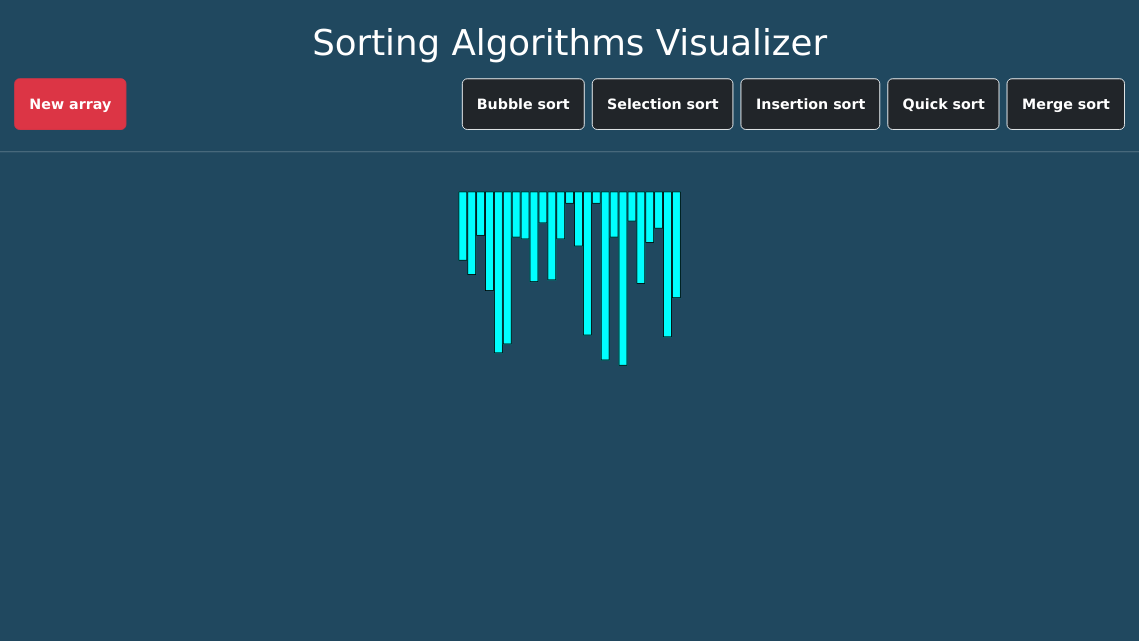
Repository: Vasil1001/Sorting-Algorithms-Visualizer-js
Page: views/index.html
The author's editor kept a copy of each file at every save. The page is drawn from the files as they stood at one save, then again after the next save.
The browser window is 1280 px wide. The pictures show the whole page, at 89% of full size.

Above is the page before, as saved 2022-11-03 18:06:16.

### views/index.html
<!doctype html>
<html lang="en">

<head>
  <meta charset="utf-8">
  <meta name="viewport" content="width=device-width, initial-scale=1">

  <title>Sorting Algorithms Visualizer</title>

  <!-- Import css & bootstrap-->
  <link href="https://cdn.jsdelivr.net/npm/bootstrap@5.2.2/dist/css/bootstrap.min.css" rel="stylesheet"
    integrity="sha384-Zenh87qX5JnK2Jl0vWa8Ck2rdkQ2Bzep5IDxbcnCeuOxjzrPF/et3URy9Bv1WTRi" crossorigin="anonymous">
  <link rel="stylesheet" href="/css/base.css">

</head>

<header>
  <h1 align="center" class="mt-4">Sorting Algorithms Visualizer</h1>


  <nav class="navbar navbar-expand-lg">

    <div class="container-fluid">
      <button type="button" class="btn btn-danger mx-1 p-3 " id="new_array" style="color: white;"><b>New
          array </b>
      </button>
      <ul class="navbar-nav">
        <li class="nav-item">
          <button type="button" class="btn btn-dark border-light mx-1 p-3 " id="bubble_sort"
            style="color: white;"><b>Bubble sort</b> </button>
        </li>
        <li class="nav-item">
          <button type="button" class="btn btn-dark border-light mx-1 p-3 " id="selection_sort"
            style="color: rgb(255, 255, 255);">
            <b>Selection sort</b></button>
        </li>
        <li class="nav-item">
          <button type="button" class="btn btn-dark border-light mx-1 p-3 " id="insertion_sort" style="color: white;">
            <b>Insertion sort</b></button>
        </li>
        <li class="nav-item">
          <button type="button" class="btn btn-dark border-light mx-1 p-3 " id="quick_sort" style="color: white;">
            <b>Quick sort</b></button>
        </li>
        <li class="nav-item">
          <button type="button" class="btn btn-dark border-light mx-1 p-3 " id="merge_sort"> <b>Merge sort</b></button>
        </li>

      </ul>
    </div>
  </nav>


</header>

<body>

  <hr style="color: white;">

  <div id="bars" class="bars flex-container p-4"></div>

  <!-- Import css & bootstrap-->
  <script src="https://cdn.jsdelivr.net/npm/bootstrap@5.2.2/dist/js/bootstrap.bundle.min.js"
    integrity="sha384-OERcA2EqjJCMA+/3y+gxIOqMEjwtxJY7qPCqsdltbNJuaOe923+mo//f6V8Qbsw3"
    crossorigin="anonymous"></script>
  <script defer src="/sort_algos_js_files/index.js"></script>

</body>

</html>

### css/base.css
body {
    background-color: rgb(32, 72, 95);
    color:white;
    font-size: 18px;
    font-family: 'Lucida Sans', 'Lucida Sans Regular', 'Lucida Grande', 'Lucida Sans Unicode', Geneva, Verdana, sans-serif;
}
.flex-container{
    margin-top: 20px;
    display: flex;
    flex-wrap: nowrap;
    width: 100%;
    height: 500px;
    justify-content: center;
    transition: 2s all ease;
}

.flex-item{
    background: cyan;
    border: 1pt solid black;
    width: 10px;
    transition: 0.1s all ease;
}

.sidenav {
    height: 100%;
    width: 160px;
    position: fixed;
    z-index: 1;
    top: 0;
    left: 0;
    background-color: rgb(14, 13, 35);
    overflow-x: hidden;
    padding-top: 20px;
  }

  .sidenav a {
    padding: 6px 8px 6px 16px;
    text-decoration: none;
    font-size: 25px;
    color: #818181;
    display: block;
  }

  .sidenav a:hover {
    color: #f1f1f1;
  }

  .main {
    margin-left: 160px; /* Same as the width of the sidenav */
    font-size: 28px; /* Increased text to enable scrolling */
    padding: 0px 10px;
  }
  @media screen and (max-height: 450px) {
    .sidenav {padding-top: 15px;}
    .sidenav a {font-size: 18px;}
  }

### sort_algos_js_files/index.js
let random_array_100 = [];
createBarArray();


function createBarArray() {

    // replace array
    deletePreviousArray()

    // Array to store randomly generated numbers
    random_array_100 = [];
    var numberOfBars = 0;
    let l = 25;

    // get a random number and add it to the array until there are 100 in array
    for (numberOfBars = 0; numberOfBars < l; numberOfBars++) {
        random_array_100.push(Math.round(Math.random() * l * 4));
    }
    // print 100 random numbers of the array
    console.log(random_array_100);


     // select the div #bars element
     const bars = document.querySelector("#bars");
    // make bars with height from random array numbers
    for (let i = 0; i < random_array_100.length; i++) {
        // const para = document.createElement("div");
        // para.innerText = random_array_100[i];
        // document.body.appendChild(para);

        // create div bar for each number in the array
        const bar = document.createElement("div");
        bar.style.height = `${random_array_100[i]*2}px`;
        bar.classList.add('bar');
        bar.classList.add('flex-item');
        bar.classList.add(`barNo${i}`);
        bars.appendChild(bar);
    }
}

function deletePreviousArray() {
    const bar = document.querySelector("#bars");
    bar.innerHTML = '';
}

document.getElementById("new_array").addEventListener("click", function(){
    createBarArray();
});

After the next save:
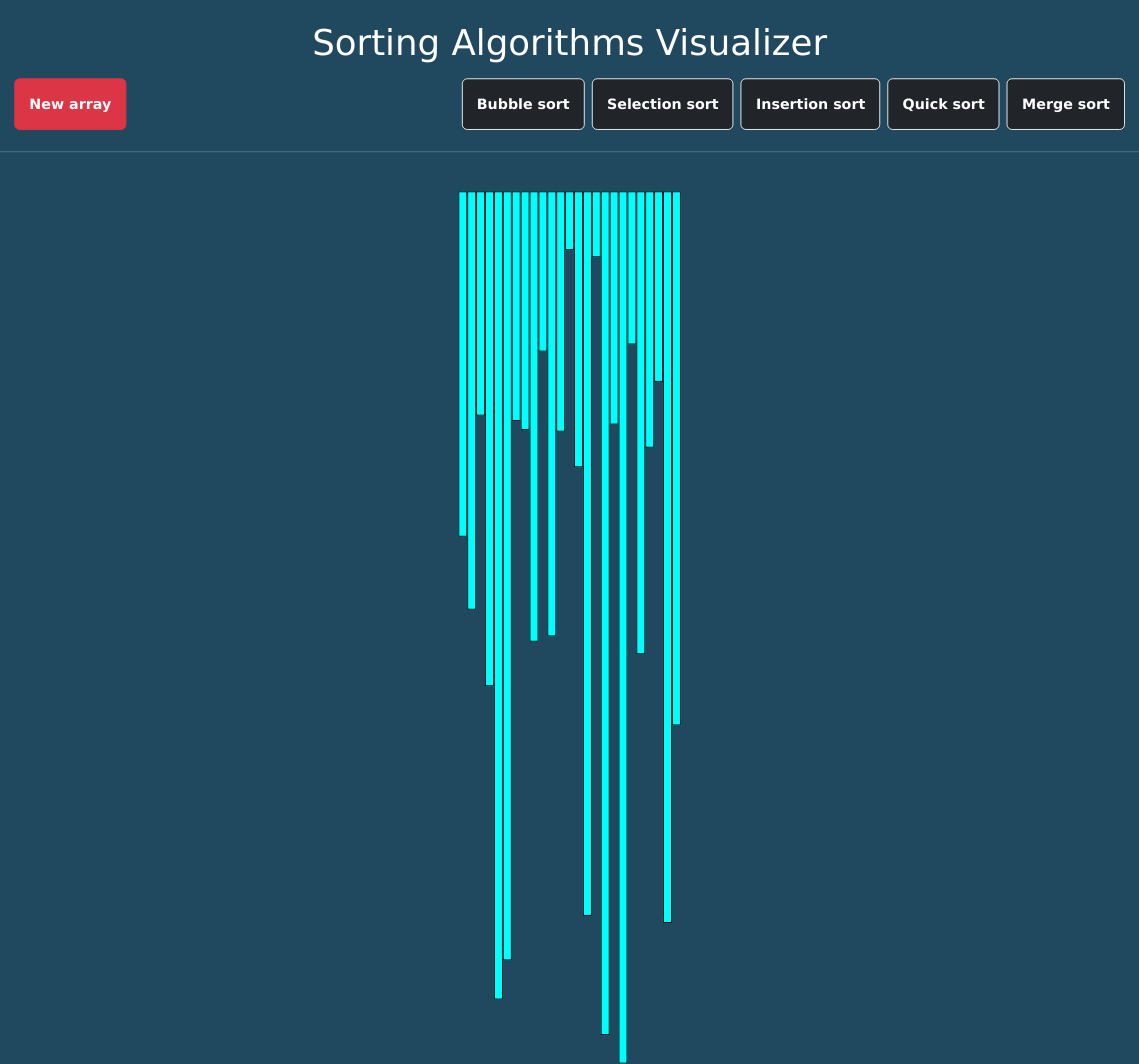
Saved 6 s later.
--- a/sort_algos_js_files/index.js
+++ b/sort_algos_js_files/index.js
@@ -14,7 +14,7 @@ function createBarArray() {
 
     // get a random number and add it to the array until there are 100 in array
     for (numberOfBars = 0; numberOfBars < l; numberOfBars++) {
-        random_array_100.push(Math.round(Math.random() * l * 4));
+        random_array_100.push(Math.round(Math.random() * l * 20));
     }
     // print 100 random numbers of the array
     console.log(random_array_100);
